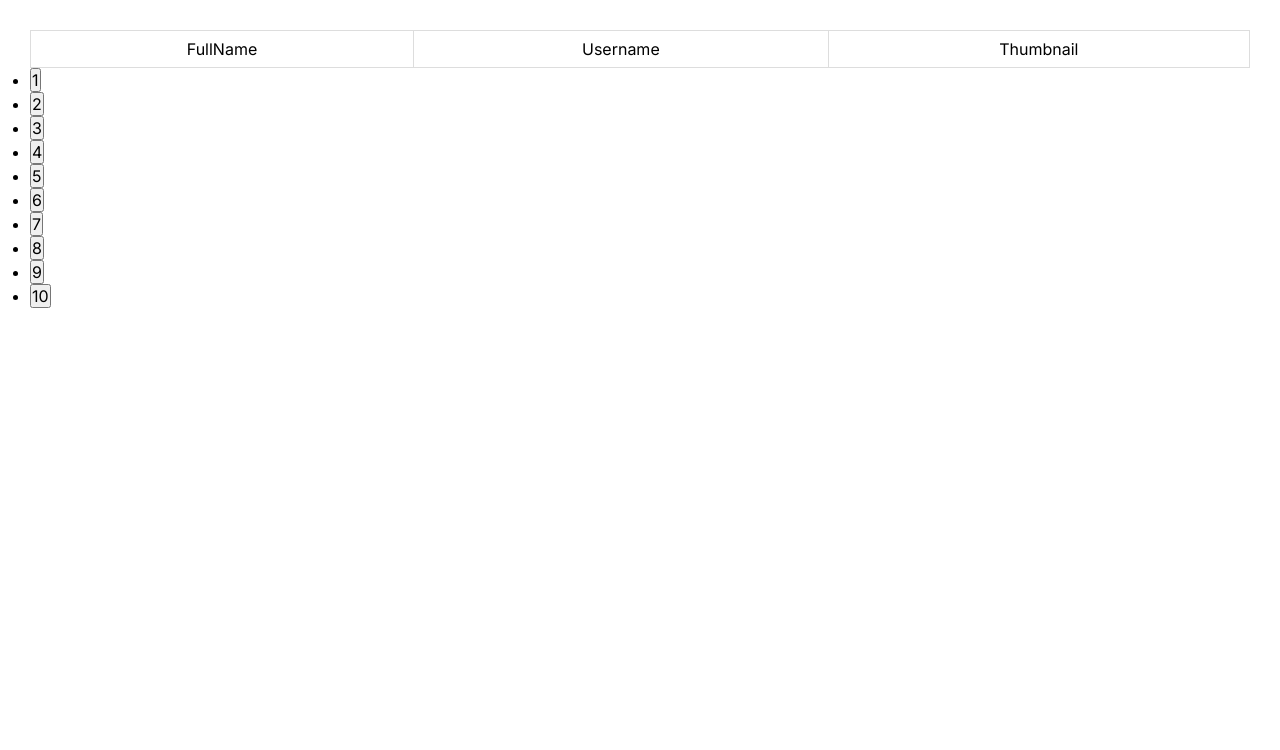
Repository: hoang0508/Test-FrontendReactJs-Twendee
Page: /
An editor plug-in stored every save of this project. The page is shown before and after the next save, followed by the edit.
The browser window is 1280 px wide. The pictures show the whole page.
The page's requests for data from a server got no answer. The project was rebuilt for these pictures with package versions that can differ from the ones it lists, and the page was loaded fresh each time. No one was signed in, and anything a server would have sent is missing.

Above is the page before, as saved 2023-02-06 21:29:48.

After the next save:
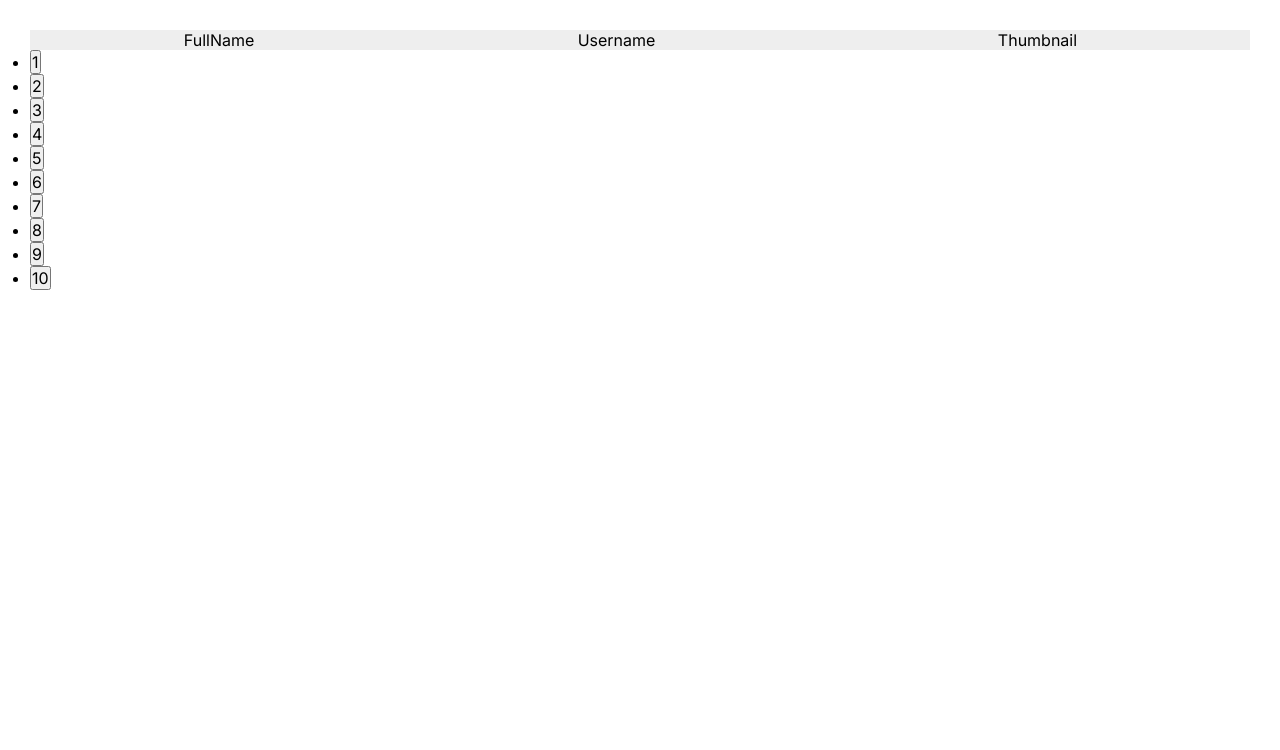
Saved 92 s later.
--- a/src/components/UserTable.scss
+++ b/src/components/UserTable.scss
@@ -6,11 +6,14 @@
     font-family: "Inter", sans-serif;
   }
 
-  td,
-  th {
+  thead {
+    background-color: #eee;
+  }
+
+  td {
     border: 1px solid #dddddd;
     text-align: center;
-    padding: 8px;
+    padding: 10px;
   }
 
   tr:nth-child(even) {
